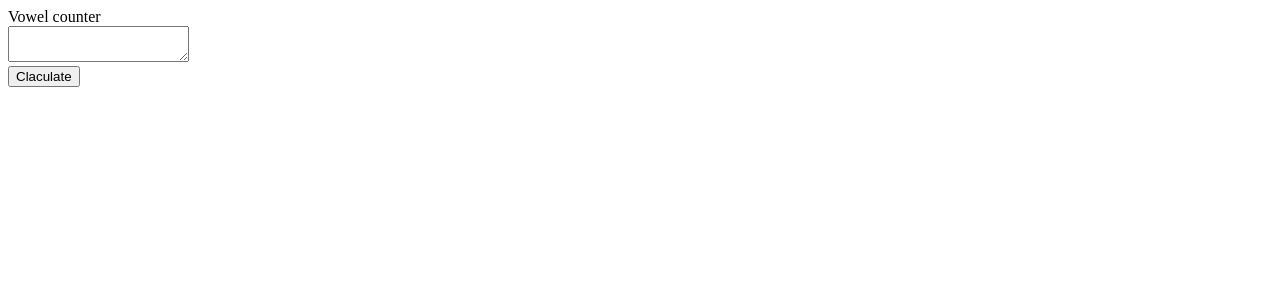
Repository: JunaidAnsari202/Vowel-counter
Page: index.html
The author's editor kept a copy of each file at every save. The page is drawn from the files as they stood at one save, then again after a run of saves.
The browser window is 1280 px wide. The pictures show the whole page.

Above is the page before, as saved 2024-10-17 11:33:23.

After the next 3 saves:
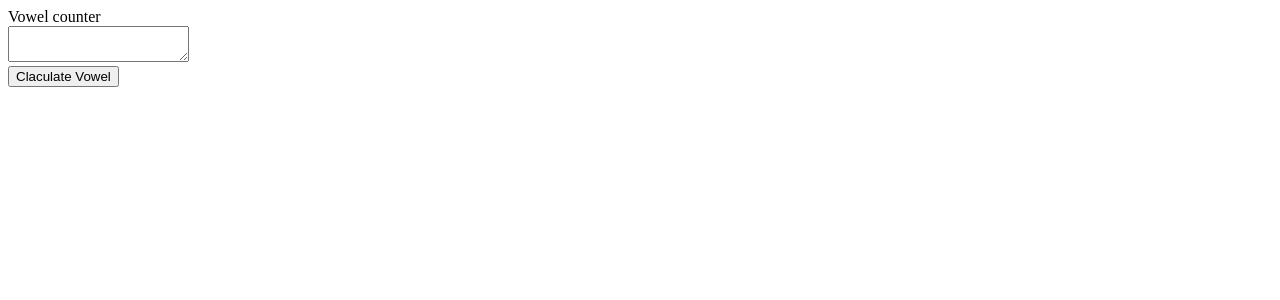
The 3 saves are shown as one change because they came seconds apart.
The last was saved 8 s later.
--- a/index.html
+++ b/index.html
@@ -13,7 +13,7 @@
             <textarea name="vowelinput" id="textarea"></textarea>
         </div>
         <div class="count">
-            <button id="count">Claculate </button>
+            <button id="count">Claculate Vowel</button>
         </div>
     </div>
     <script src="script.js"></script>
